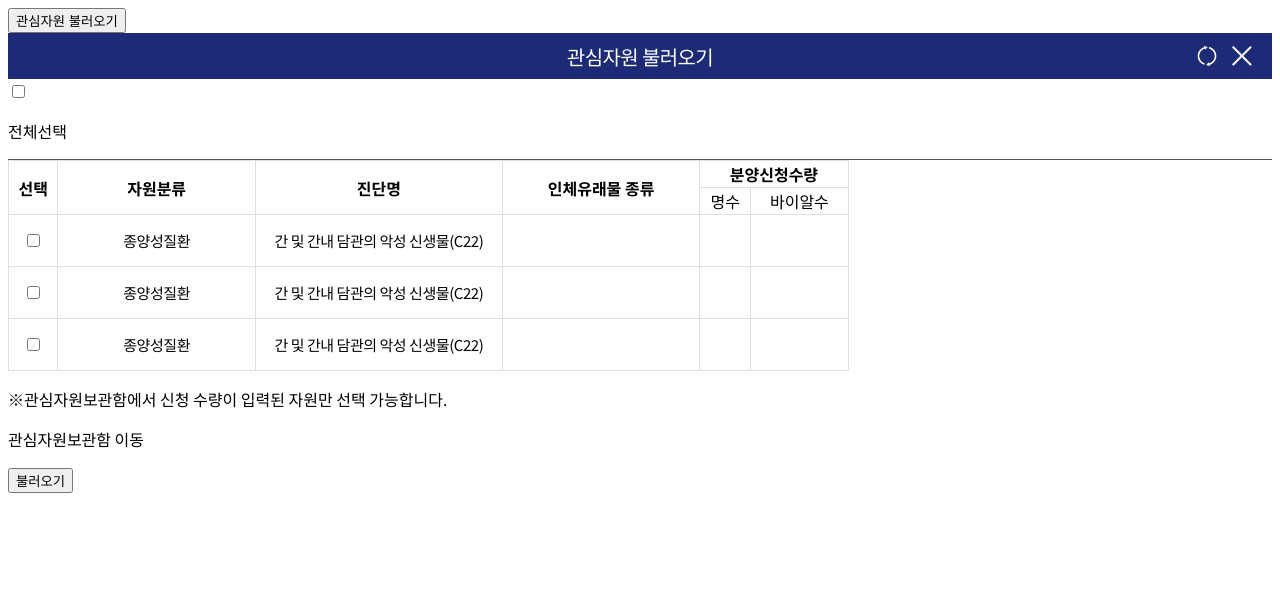
Repository: dlgywls1130/one_popup
Page: index.html
These files come from the project's save history. The page is drawn as it stood at one moment and after the next save; the edit follows.
The browser window is 1280 px wide. The pictures show the whole page.
Some web fonts or font styles are not loaded; a fallback is used.

Above is the page before, as saved 2023-10-25 00:18:54.

After the next save:
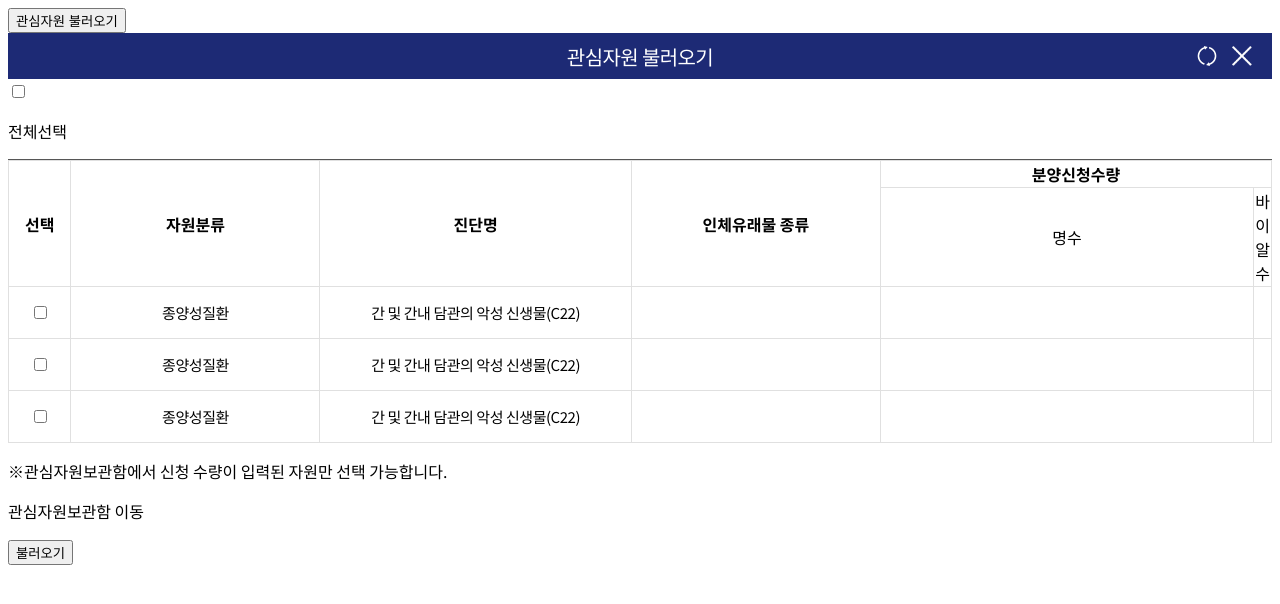
Saved 4 s later.
--- a/index.html
+++ b/index.html
@@ -41,8 +41,8 @@
                         <th colspan='2'>분양신청수량</th>
                     </tr>
                     <tr class="table_head">
-                        <td>명수</td>
-                        <td>바이알수</td>
+                        <td class="column_sum">명수</td>
+                        <td class="column_sum">바이알수</td>
                     </tr>
                     <tr class="table_body_content">
                         <td><input type="checkbox" name="choice"></td>

After the 2 saves that followed:
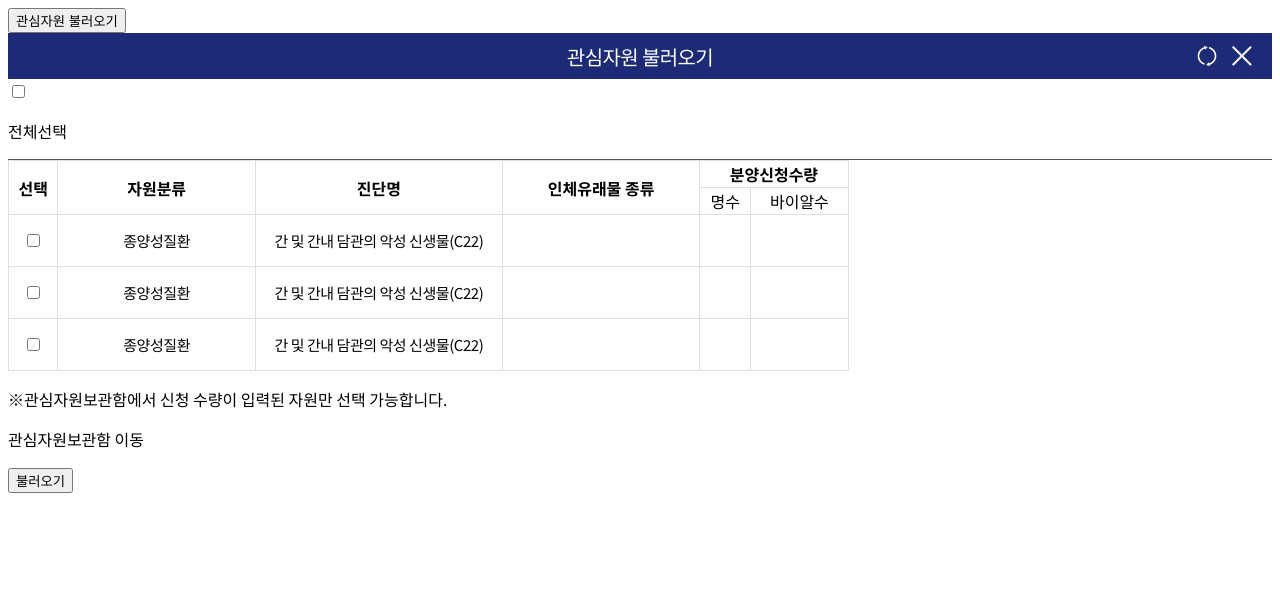
The 2 saves are shown as one change because 1 left the picture as it was.
The last was saved 55 s later.
--- a/style.css
+++ b/style.css
@@ -105,5 +105,5 @@
 }
 
 .column_sum{
-    width: 50%;
+
 }
